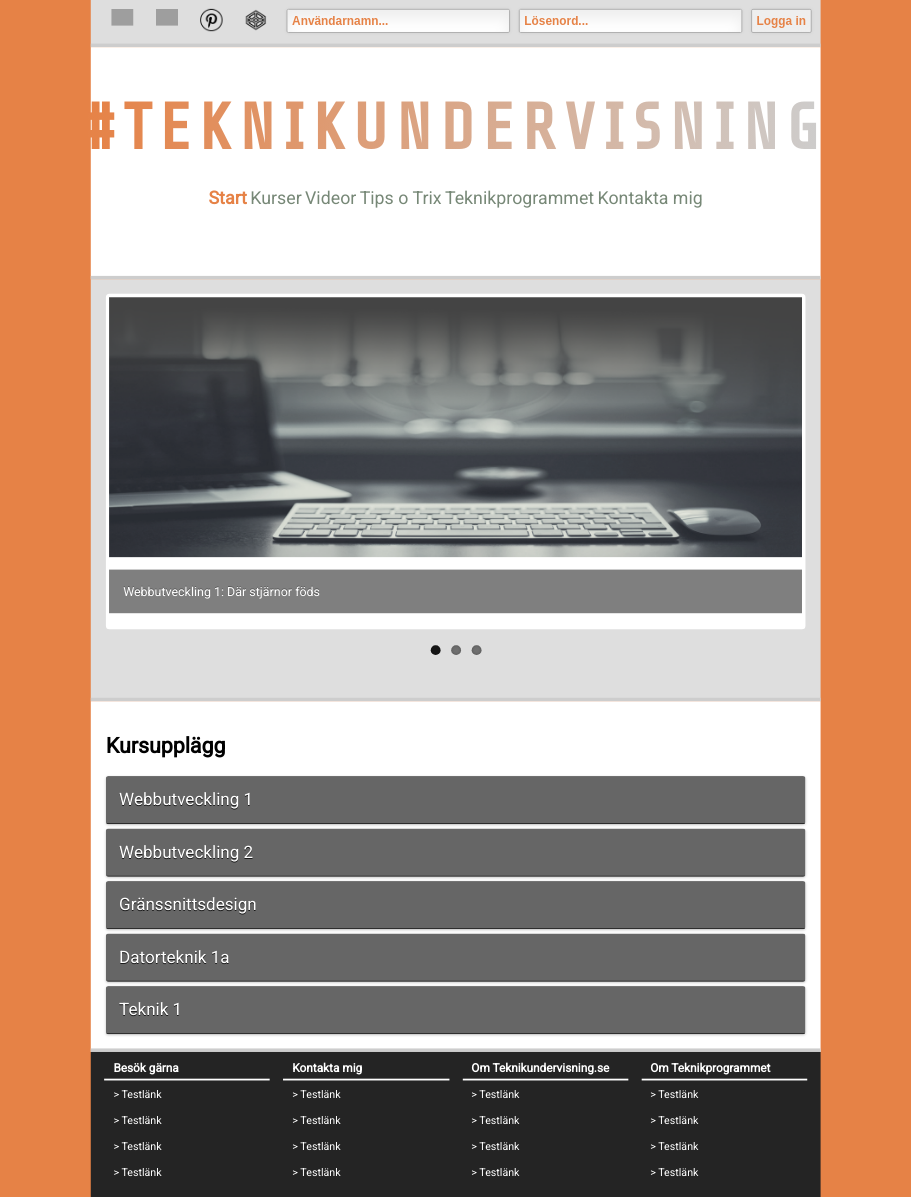
Repository: teknikundervisning/teknikundervisning
Page: index.html
The author's editor kept a record of every edit. The page is drawn from the files as they stood at one moment, then again after the next edit.
The browser window is 1024 px wide. The pictures show the whole page, at 89% of full size.
Pictures or frames that could not be fetched are drawn as grey boxes.

Above is the page before.
Console error: TypeError: $(...).lightGallery is not a function

After the next edit:
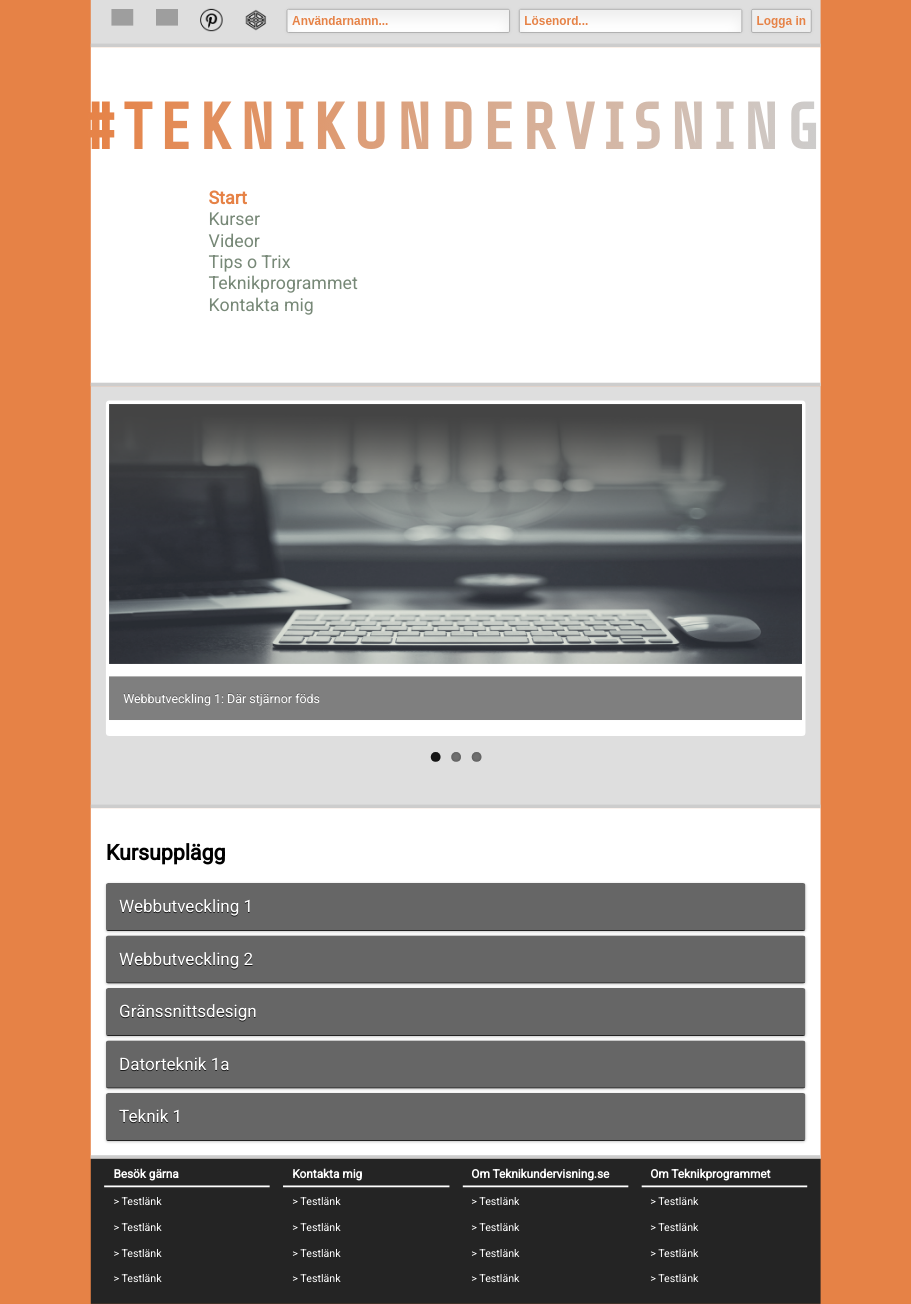
The edit:
--- a/assets/css/breakpoints.css
+++ b/assets/css/breakpoints.css
@@ -13,7 +13,12 @@
 }
 
 @media all and (max-width: 1060px) {
-    .main-nav {
-        width: 80%;
+
+        .self-portrait h2 {
+        font-size: 52px;
+    }
+
+    .main-nav ul {
+        flex-direction: column;
     }
 }
